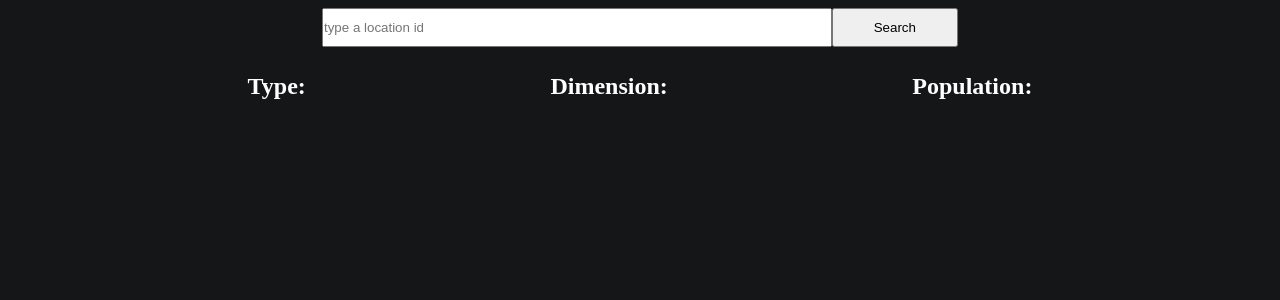
Repository: RobertAries28/ApiRickyMortin
Page: /
The author's editor kept a copy of each file at every save. The page is drawn from the files as they stood at one save, then again after the next save.
The browser window is 1280 px wide. The pictures show the whole page.
The page's requests for data from a server got no answer. The project was rebuilt for these pictures with package versions that can differ from the ones it lists, and the page was loaded fresh each time. No one was signed in, and anything a server would have sent is missing. Also part of the build but not shown: src/ResidentInfo.js.

Above is the page before, as saved 2022-04-29 09:52:04.

After the next save:
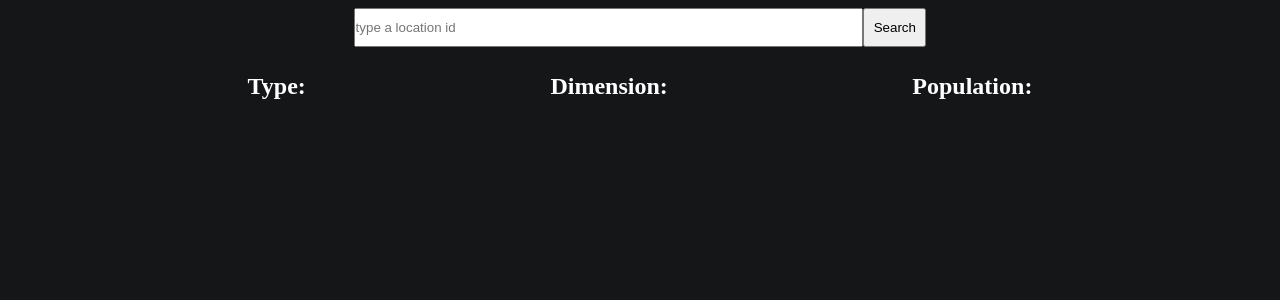
Saved 16 s later.
--- a/src/index.css
+++ b/src/index.css
@@ -80,5 +80,5 @@ body{
 }
 
 .searchBox button{
-  width: 10%;
+  width: 5%;
 }
